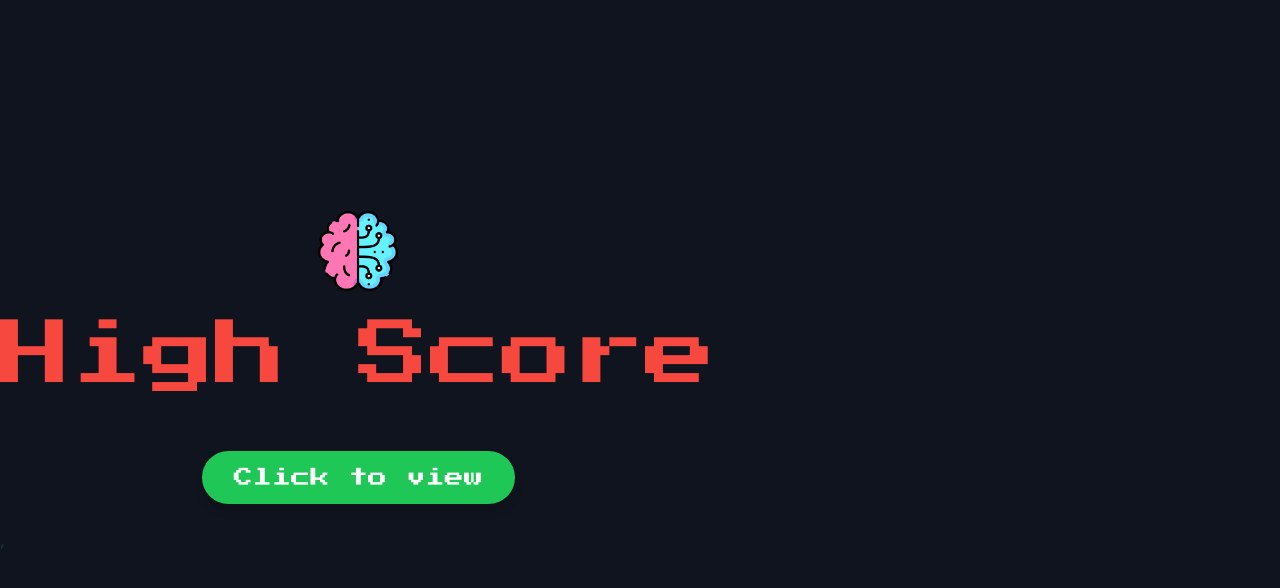
Repository: Shenixo/Color_match_game
Page: /high_score
The author's editor kept a copy of each file at every save. The page is drawn from the files as they stood at one save, then again after a run of saves.
The browser window is 1280 px wide. The pictures show the whole page.
The project was rebuilt for these pictures with package versions that can differ from the ones it lists, and the page was loaded fresh each time. Also part of the build but not shown: vite.config.js, src/Components/Card/Card.css, src/Components/Card/Card.jsx, src/Pages/Home/Home.jsx, src/Pages/Rules/Rules.css, src/Pages/Rules/Rules.jsx, src/Pages/Sound/Sound.jsx, src/Pages/GamePlay/GamePlay.css and 3 more. Imported but missing from the stored project, and not drawn on this page: src/assets/button_clicks.wav, src/assets/celebration.mp3, src/assets/game_theme_sound.mp4, src/assets/lose.wav, src/assets/win.wav.

Above is the page before, as saved 2025-02-04 15:49:10.

### index.html
<!DOCTYPE html>
<html lang="en">
  <head>
    <meta charset="UTF-8" />
    <link rel="icon" type="image/svg+xml" href="/vite.svg" />
    <meta name="viewport" content="width=device-width, initial-scale=1.0" />
    <link rel="preconnect" href="https://fonts.googleapis.com" />
    <link rel="preconnect" href="https://fonts.gstatic.com" crossorigin />
    <link rel="preconnect" href="https://fonts.googleapis.com">
<link rel="preconnect" href="https://fonts.gstatic.com" crossorigin>
<link href="https://fonts.googleapis.com/css2?family=Inter:ital,opsz,wght@0,14..32,100..900;1,14..32,100..900&family=Poppins:ital,wght@0,100;0,200;0,300;0,400;0,500;0,600;0,700;0,800;0,900;1,100;1,200;1,300;1,400;1,500;1,600;1,700;1,800;1,900&family=Press+Start+2P&display=swap" rel="stylesheet">
    <title>Color Match</title>
  </head>
  <body>
    <div id="root"></div>
    <script type="module" src="/src/main.jsx"></script>
  </body>
</html>

### src/App.jsx
import { Route, Routes } from "react-router-dom";
import "./App.css";
import Home from "./Pages/Home/Home";
import Rules from "./Pages/Rules/Rules";
import Sound from "./Pages/Sound/Sound";
import GamePlay from "./Pages/GamePlay/GamePlay";
import HighScore from "./Pages/HighScore/HighScore";

function App() {
  return (
    <div>
      <Routes>
        <Route path="/" element={<Home />} />
        <Route path="/game_play" element={<GamePlay/>}/>
        <Route path="/rules" element={<Rules />} />
        <Route path="/sound" element={<Sound />} />
        <Route path="/high_score" element={<HighScore />} />
      </Routes>
    </div>
  );
}

export default App;

### src/App.css
*{
  padding: 0;
  margin: 0;
  box-sizing: border-box;
  font-family: "Inter", serif;
}
body{
  background: #0f141e;
}

### src/Pages/HighScore/HighScore.jsx
import { useEffect, useState } from "react";
import { useLocation } from "react-router-dom"; // Import useLocation
import { listenForScoreUpdates } from "../../Components/Card/Card";
import Title from "../../Components/Title/Title";
import celebration_gif from "../../assets/celebration_gif.gif";
import { CelebrationSound, StopCelebrationSound, TabClick } from "../../Components/Sound/Sound";
import "./HighScore.css";
import Tab from "../../Components/Tab/Tab";

const HighScore = () => {
  const [viewHighScore, setViewHighScore] = useState(false);
  const location = useLocation();

  const handleViewHighScore = () => {
    setViewHighScore((pv) => !pv);
    TabClick();
    CelebrationSound();
  };

  const [score, setScore] = useState(
    () => parseInt(localStorage.getItem("score")) || 0
  );
  const [highScore, setHighScore] = useState(
    () => parseInt(localStorage.getItem("high_score")) || 0
  );

  useEffect(() => {
    listenForScoreUpdates(setScore);
  }, []);

  useEffect(() => {
    if (score > highScore) {
      localStorage.setItem("high_score", score);
      setHighScore(score);
    }
  }, [score]);

  useEffect(() => {
    const stopMusic = () => StopCelebrationSound();

    document.addEventListener("visibilitychange", () => {
      if (document.hidden) stopMusic();
    });

    window.addEventListener("pagehide", stopMusic);

    return () => {
      document.removeEventListener("visibilitychange", stopMusic);
      window.removeEventListener("pagehide", stopMusic);
    };
  }, []);

  useEffect(() => {
    return () => {
      StopCelebrationSound();
    };
  }, [location.pathname]);

  return (
    <div className="high-score-container">
      {viewHighScore ? (
        <img
          className="celebration-gif"
          src={celebration_gif}
          alt="celebration gif"
        />
      ) : null}
      <div className="container">
        <Title content="High Score" />
        {!viewHighScore ? (
          <Tab content="Click to view" onClickTab={handleViewHighScore} />
        ) : (
          <h2 className="high_score">Your Highest score is: {highScore}</h2>
        )}
      </div>
    </div>
  );
};

export default HighScore;

### src/Components/Tab/Tab.jsx
import { Link } from "react-router-dom";
import "./Tab.css";
import PropTypes from "prop-types";

const Tab = ({ content, path = "", onClickTab = () => {} }) => {
  return (
    <Link to={path} style={{ textDecoration: "none" }}>
      <div
        onClick={onClickTab}
        className="tab"
      >
        <h1>{content}</h1>
      </div>
    </Link>
  );
};

Tab.propTypes = {
  content: PropTypes.node.isRequired,
  path: PropTypes.string,
  onClickTab: PropTypes.func.isRequired,
};

export default Tab;

### src/Components/Title/Title.jsx
/* eslint-disable react/prop-types */
import "./Title.css";
import brain from "../../assets/brain.png";
import { Link } from "react-router-dom";
import { TabClick } from "../../Components/Sound/Sound";
import ChosenColor from "../../Components/ChosenColorDisplay/ChosenColorDisplay";
import { useEffect, useState } from "react";

const Title = ({ content }) => {
  const [hint, setHint] = useState(false);

  useEffect(() => {
    const handleHintUpdated = (event) => setHint(event.detail);
    document.addEventListener("hintUpdated", handleHintUpdated);
    return () => {
      document.removeEventListener("hintUpdated", handleHintUpdated);
    };
  }, []);

  return (
    <div className="title">
      <h1>{content}</h1>
      <div className="image-div">
        <ChosenColor className={ hint ? "display-bulb" : ""} />
        <Link to="/">
          <img src={brain} onClick={TabClick} alt="Brain image" width={80} />
        </Link>
      </div>
    </div>
  );
};

export default Title;

### src/Pages/Home/Home.css
.home{
    width: 100%;
    max-height: 100svh;
}
.container{
    display: flex;
    align-items: center;
    justify-content: center;
    margin-top: 6%;
    flex-direction: column;
    gap: 1rem;
}

### src/Components/Sound/Sound.jsx
import Game_sound from "../../assets/game_theme_sound.mp4";
import Tab_sound from "../../assets/button_clicks.wav";
import celebration from "../../assets/celebration.mp3"

let game_theme = new Audio(Game_sound);
game_theme.loop = true;

const GameTheme = () => {
  if (game_theme.paused) {
    game_theme.play();
  } else {
    game_theme.pause();
    game_theme.currentTime = 0;
  }
};


const TabClick = () => {
  const tab_clicks = new Audio(Tab_sound)
  tab_clicks.play()
}

/*
let tab_clicks = new Audio(Tab_sound);
let isSoundPlaying = false;

const TabClick = () => {
  if (!isSoundPlaying) {
    tab_clicks.play();
    isSoundPlaying = true;
  }
};

const StopTabClick = () => {
  if (isSoundPlaying) {
    tab_clicks.pause();
    tab_clicks.currentTime = 0;
    isSoundPlaying = false;
  }
}; */

let celebrationTheme = new Audio(celebration);
celebrationTheme.loop = true;
const CelebrationSound = () => {
  if (celebrationTheme.paused) {
    celebrationTheme.play();
  }
};

const StopCelebrationSound = () => {
  celebrationTheme.pause();
  celebrationTheme.currentTime = 0;
};
export { GameTheme, TabClick, CelebrationSound, StopCelebrationSound };

### src/Pages/HighScore/HighScore.css
.high_score{
    color: white;
    font-size: 1.2rem;
    font-family: "Press Start 2P", serif;
}
.high-score-contain{
    position: relative;
}
.celebration-gif{
    width: 100%;
    height: 100%;
    position: fixed;
    top: 0;
    bottom: 0;
    /* z-index: -1; */

}
.high-score-container{
/* z-index: 999; */
}

### src/Components/Tab/Tab.css
.tab{
    padding: 1rem;
    border-radius: 30px;
    background: #1ec756;
    color: white;
    cursor: pointer;
    transition: .5s;
    box-shadow: 0 8px 8px rgba(0, 0, 0, 0.1);
    padding-inline: 2rem;
    margin-bottom: 1.5rem;
    min-width: 250px;
    text-align: center;
    transition: .5s;

}
.tab h1{
    font-family: "Press Start 2P", serif;
    font-size: 1.2rem;
}
.tab:hover{
    /* background: #50C878; */

}
.tab:active{
  scale: .895;
  opacity: .8;
}

### src/Components/Title/Title.css
.title {
  display: flex;
  align-items: center;
  gap: 1rem;
  color: #f6483e;
  font-size: 1.4rem;
  margin-bottom: 2.5rem;
  flex-direction: column-reverse;
}
.title h1 {
  font-family: "Press Start 2P", serif;
}
.title img{
  z-index: 99 !important;
}
.image-div{
  position: relative;
}
.bulb-icon{
  position: absolute;
   top: 50%;
  left: 50%;
  transform: translate(20%, -50%);
  z-index: -4;
  transition: top 0.5s ease-in-out;
}
.display-bulb{
  top: -6%;
}
@media only screen and (max-width: 600px){
  .title{
    font-size: 1.1rem;
  }
}

@media only screen and (max-width: 440px){
  .title{
    font-size: .8rem;
  }
}

### src/Components/ChosenColorDisplay/ChosenColorDisplay.jsx
/* eslint-disable react/prop-types */
import { useState, useEffect } from "react";
import EmojiObjectsIcon from "@mui/icons-material/EmojiObjects";
const ChosenColorDisplay = ({className = ""}) => {
  const [chosenColor, setChosenColor] = useState(null);

  useEffect(() => {
    const handleColorChosen = (event) => {
      setChosenColor(event.detail);
    };
    document.addEventListener("colorChosen", handleColorChosen);
    return () => {
      document.removeEventListener("colorChosen", handleColorChosen);
    };
  }, []);
  return (
    <span>
      <EmojiObjectsIcon
        style={{
          color: chosenColor || "#ccc",
          fontSize: 30,
          marginLeft: "-20px",
          filter: chosenColor
            ? `drop-shadow(0px 0px 14px ${chosenColor})`
            : "none",
          transition: "filter 0.3s ease-in-out",
        }}
        className={`bulb-icon ${className}`}
      />
    </span>
  );
};

export default ChosenColorDisplay;

Loaded but not shown: src/main.jsx (common file); src/index.css (common file)

After the next 2 saves:
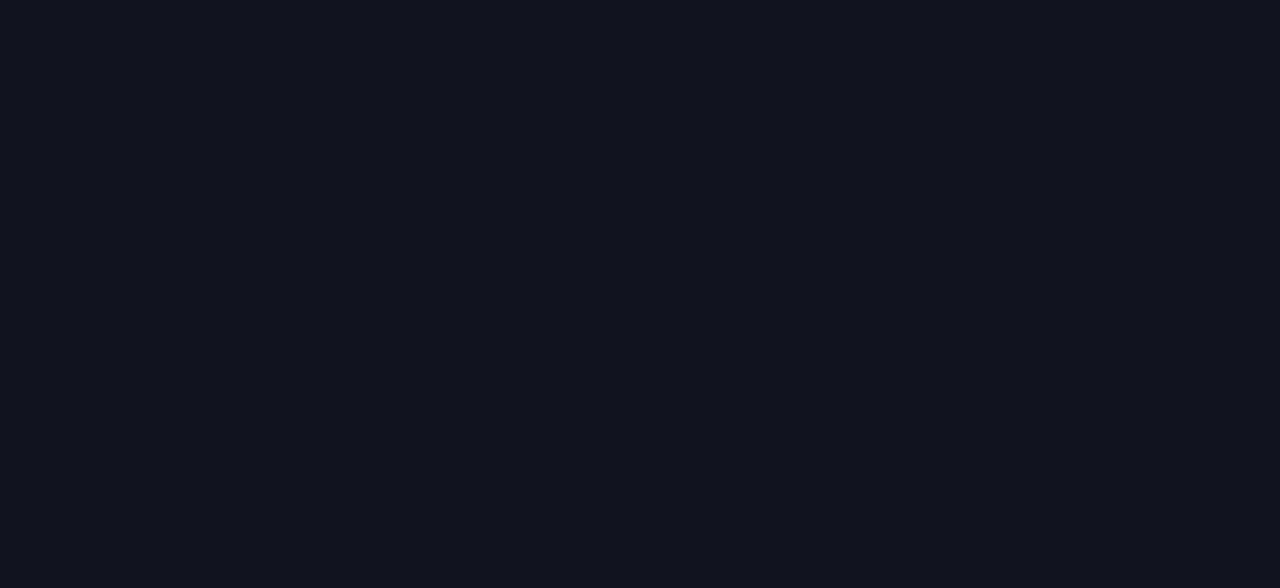
Console error: TypeError: Cannot read properties of null (reading 'useContext')
The 2 saves are shown as one change because they came seconds apart.
The last was saved 8 s later.
--- a/src/Components/Sound/Sound.jsx
+++ b/src/Components/Sound/Sound.jsx
@@ -1,10 +1,11 @@
 import Game_sound from "../../assets/game_theme_sound.mp4";
 import Tab_sound from "../../assets/button_clicks.wav";
 import celebration from "../../assets/celebration.mp3"
+import { useNavigate } from "react-router-dom";
 
 let game_theme = new Audio(Game_sound);
 game_theme.loop = true;
-
+useNavigate()
 const GameTheme = () => {
   if (game_theme.paused) {
     game_theme.play();

After the save that followed:
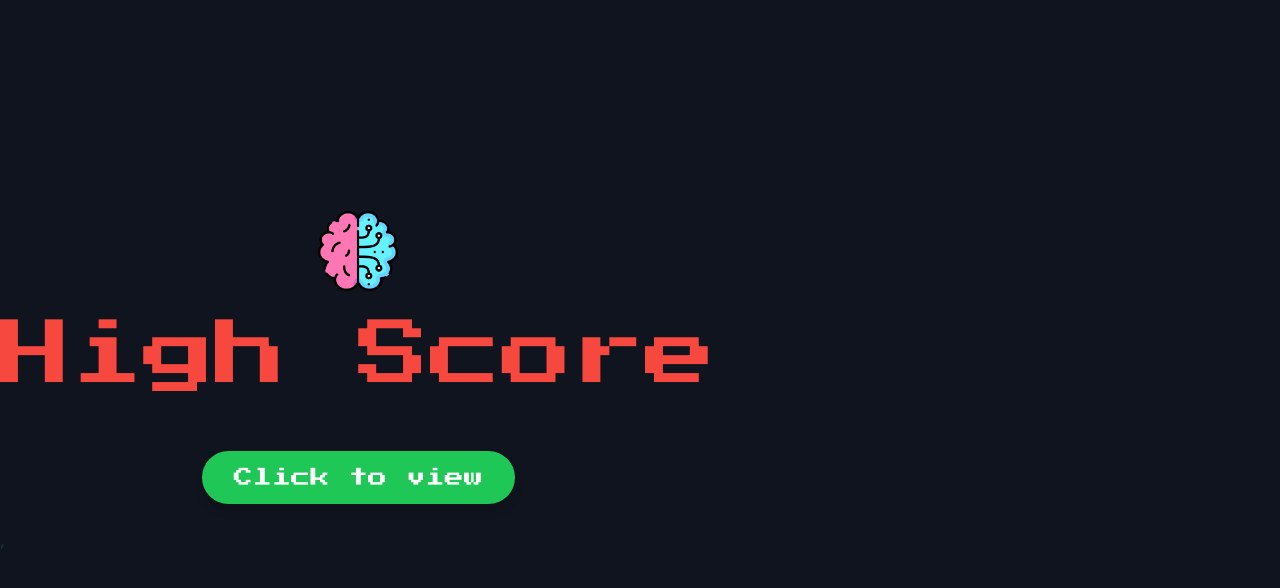
The error is gone.
Saved 8 s later.
--- a/src/Components/Sound/Sound.jsx
+++ b/src/Components/Sound/Sound.jsx
@@ -5,7 +5,6 @@
 
 let game_theme = new Audio(Game_sound);
 game_theme.loop = true;
-useNavigate()
 const GameTheme = () => {
   if (game_theme.paused) {
     game_theme.play();
